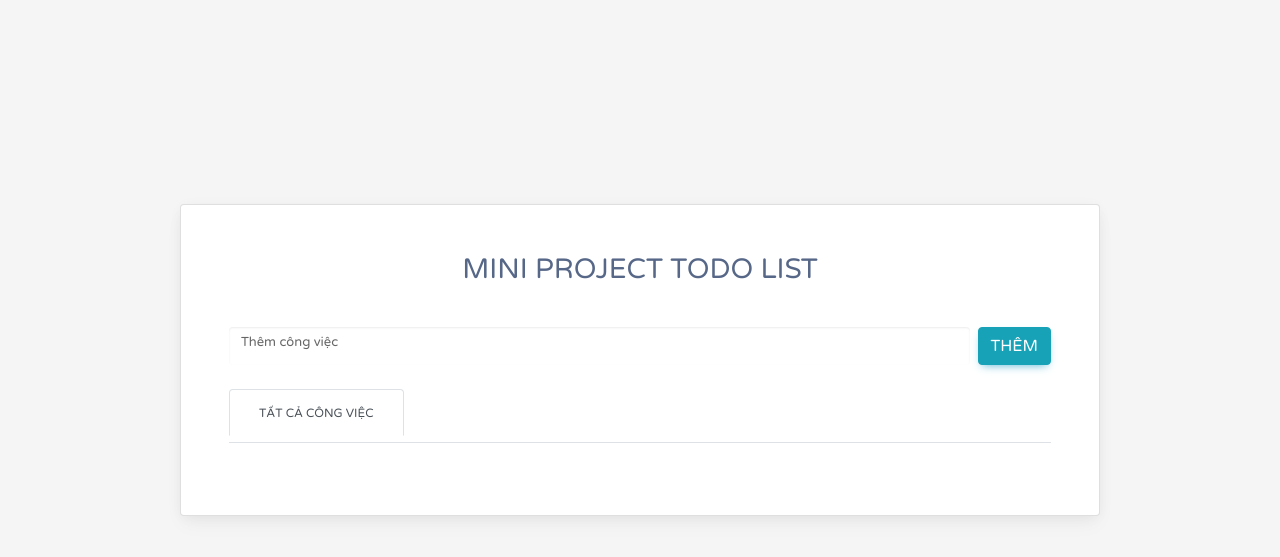
Repository: TinhTT336/MD02_Session06
Page: /
The author's editor kept a copy of each file at every save. The page is drawn from the files as they stood at one save, then again after the next save.
The browser window is 1280 px wide. The pictures show the whole page.
Some web libraries are served in a nearby version. The project was rebuilt for these pictures with package versions that can differ from the ones it lists, and the page was loaded fresh each time. Also part of the build but not shown: vite.config.js, src/App.css, src/mini_project/TodoList.jsx, src/mini_project/Todo.jsx, src/base/Input.jsx, src/base/Radio.jsx, src/base/Checkbox.jsx, src/Homework/AddModal.jsx and 6 more.

Above is the page before, as saved 2023-09-04 00:23:19.

After the next save:
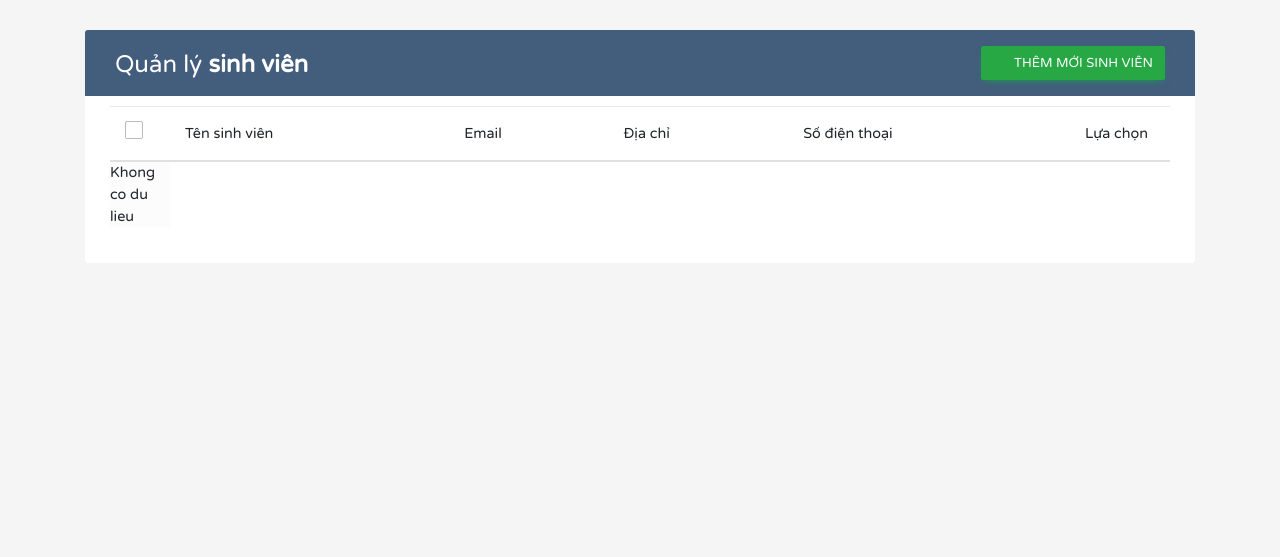
Saved 4 h 51 min later.
--- a/src/App.jsx
+++ b/src/App.jsx
@@ -22,8 +22,8 @@ function App() {
       {/* <Radio /> */}
       {/* <Checkbox /> */}
       {/* <Index /> */}
-      {/* <Index_Manager /> */}
-      <Todos />
+      <Index_Manager />
+      {/* <Todos /> */}
     </>
   );
 }
